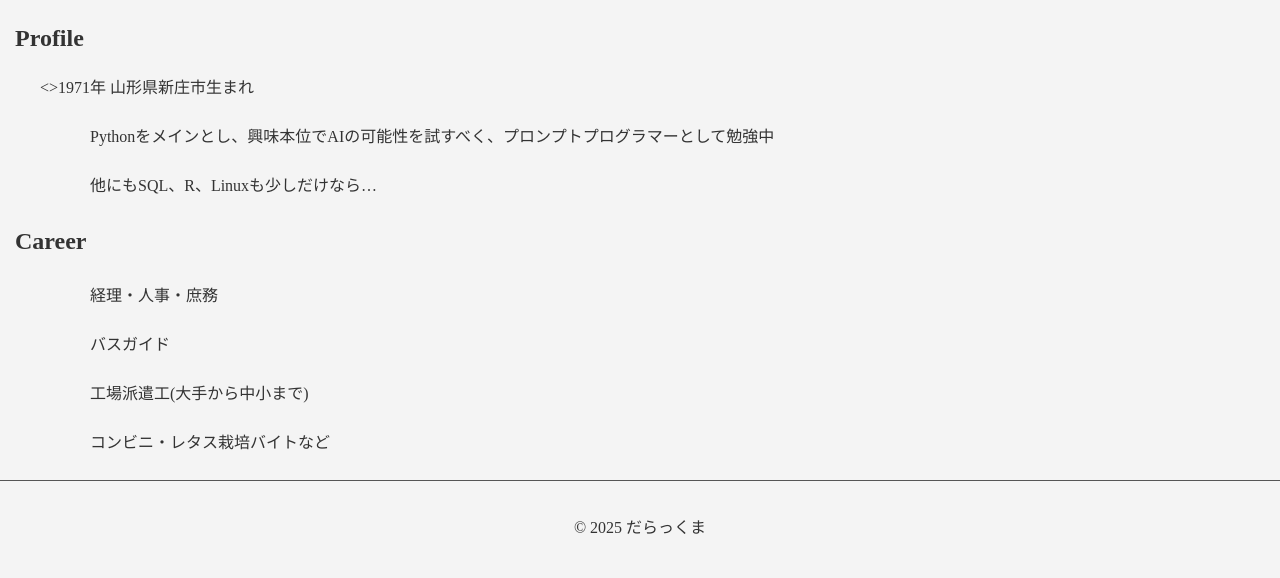
Repository: rydeen7907/html
Page: profile.html
These files come from the project's save history. The page is drawn as it stood at one moment and after the next save; the edit follows.
The browser window is 1280 px wide. The pictures show the whole page.

Above is the page before, as saved 2025-04-27 17:43:28.

After the next save:
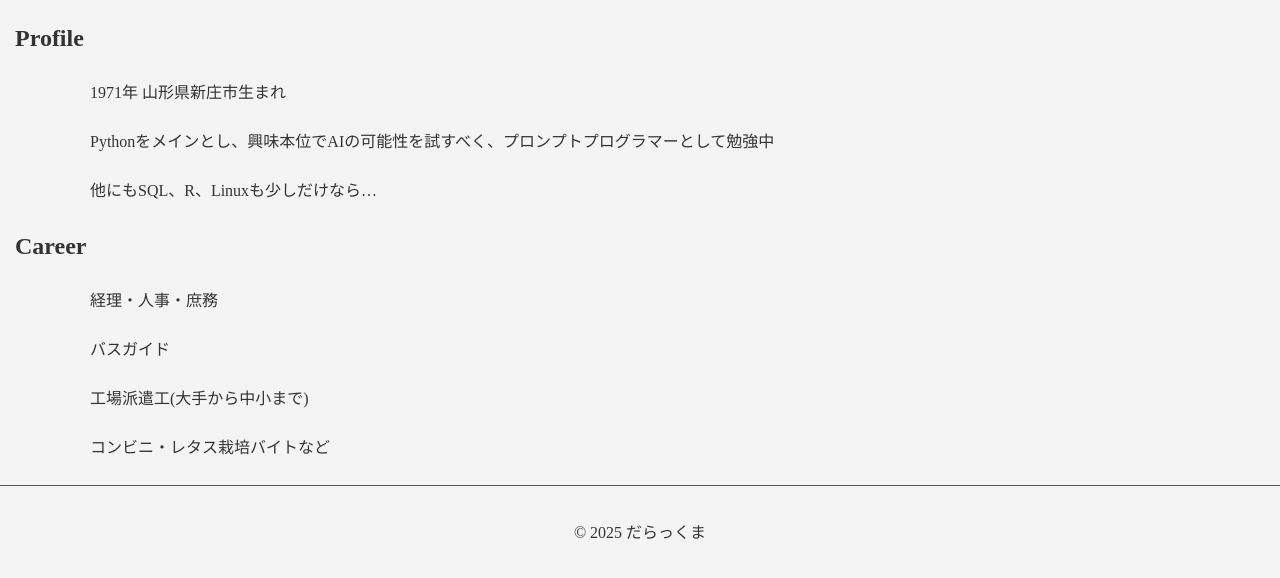
Saved 4 s later.
--- a/profile.html
+++ b/profile.html
@@ -10,7 +10,7 @@
     <main>
         <h2>Profile</h2>
         <ul>
-            <>1971年 山形県新庄市生まれ</p>
+            <p>1971年 山形県新庄市生まれ</p>
 
             <p>Pythonをメインとし、興味本位でAIの可能性を試すべく、プロンプトプログラマーとして勉強中</p>
 
